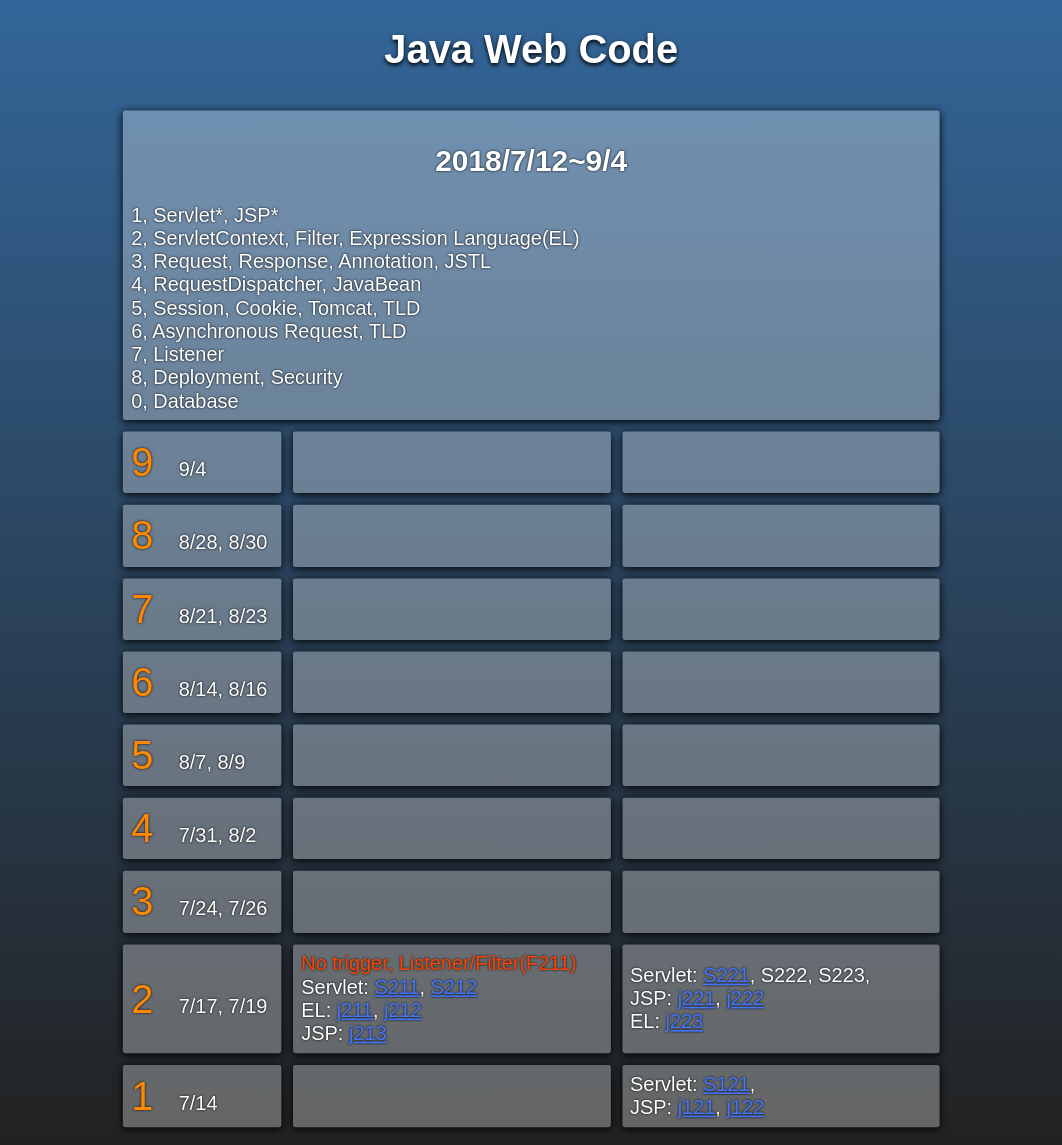
Repository: anxhuang/Java_Web
Page: http://localhost/code/
An editor plug-in stored every save of this project. The page is shown before and after the next save, followed by the edit.
The browser window is 1280 px wide. The pictures show the whole page, at 83% of full size.
The page is served by Tomcat 9. Other server files are loaded and not shown.

Above is the page before, as saved 2018-07-24 10:23:23.

### code/WebContent/index.html
<!DOCTYPE html>
<html>
<head>
<meta charset="BIG5">
<title>Insert title here</title>
<style>
	body{
		font-size: 0.25in;
		font-family: Arial;
		background: linear-gradient(#369, #222);;
		/*background-image: url("https://fsa.zobj.net/crop.php?r=ao88GxCisk4oY2NINS9REEtIWhpZOc22-qItDMLD3PM32O_JkS6wNJkg6nyYIREcmC0vWqaqI6LJaUOxd-WXbPJcJwdQ8BFboZ63vqok2a4Dr1BmLINjzf1ENB44EzZlDTbMtV754atZi7iy");*/
		/*background-size: cover;*/
	}
	h1{
		color: #FFF;
		text-shadow: 0px 2px 5px #000;
		text-align: center;
	}
	h2{
		text-align: center;
	}
	orange{
		color: #F80;
		font-size: 0.5in;
		margin-right: 0.25in;
	}
	table{
		width: 80%;
		margin: 0 auto;
		border-spacing: 0.15in;
	}
	td{
		color: #FFF;
		text-shadow: 0px 0px 3px #000;
		padding: 0.1in;
		background: rgba(255,255,255,0.30);
		box-shadow: 0px 2px 10px #000;
		border-radius: 3px;
	}
	td:first-child{
		width: 20%;
	}
	td:nth-child(2){
		width: 40%;
	}
	td:nth-child(3){
		width: 40%;
	}
	a:link		{color: #47F;}
	a:visited	{color: #47F;}
</style>
</head>
<body>

	<h1>Java Web Code</h1>

	<table>
		<tbody>
			<tr>
				<td colspan="3">
					<h2>2018/7/12~9/4</h2>
					1, Servlet*, JSP*<br>
					2, ServletContext, Filter, Expression Language(EL)<br>
					3, Request, Response, Annotation, JSTL<br>
					4, RequestDispatcher, JavaBean<br>
					5, Session, Cookie, Tomcat, TLD<br>
					6, Asynchronous Request, TLD<br>
					7, Listener<br>
					8, Deployment, Security<br>
					0, Database
				</td>
			</tr>
			<tr>
				<td><orange>9</orange> 9/4</td>
				<td></td>
				<td></td>
			</tr>
			<tr>
				<td><orange>8</orange> 8/28, 8/30</td>
				<td></td>
				<td></td>
			</tr>
			<tr>
				<td><orange>7</orange> 8/21, 8/23</td>
				<td></td>
				<td></td>
			</tr>
			<tr>
				<td><orange>6</orange> 8/14, 8/16</td>
				<td></td>
				<td></td>
			</tr>
			<tr>
				<td><orange>5</orange> 8/7, 8/9</td>
				<td></td>
				<td></td>
			</tr>
			<tr>
				<td><orange>4</orange> 7/31, 8/2</td>
				<td></td>
				<td></td>
			</tr>
			<tr>
				<td><orange>3</orange> 7/24, 7/26</td>
				<td></td>
				<td></td>
			</tr>
			<tr>
				<td><orange>2</orange> 7/17, 7/19</td>
				<td>
					<font color="#F40">No trigger, Listener/Filter(F211)</font>
					<br>
					Servlet:
					<a href="S211">S211</a>,
					<a href="S212">S212</a>
					<br>
					EL:
					<a href="j211.jsp">j211</a>,
					<a href="j212.jsp">j212</a>
					<br>
					JSP:
					<a href="j213.jsp">j213</a>
				</td>
				<td>
					Servlet:
					<a href="S221">S221</a>,
					S222,
					S223,
					<br>
					JSP:
					<a href="j221.jsp">j221</a>,
					<a href="j222.jsp">j222</a>
					<br>
					EL:
					<a href="j223.jsp">j223</a>
				</td>
			</tr>
			<tr>
				<td><orange>1</orange> 7/14</td>
				<td></td>
				<td>
					Servlet:
					<a href="S121">S121</a>,
					<br>
					JSP:
					<a href="j121.jsp">j121</a>,
					<a href="j122.jsp">j122</a>
				</td>
			</tr>
		</tbody>
	</table>
</body>
</html>

After the next save:
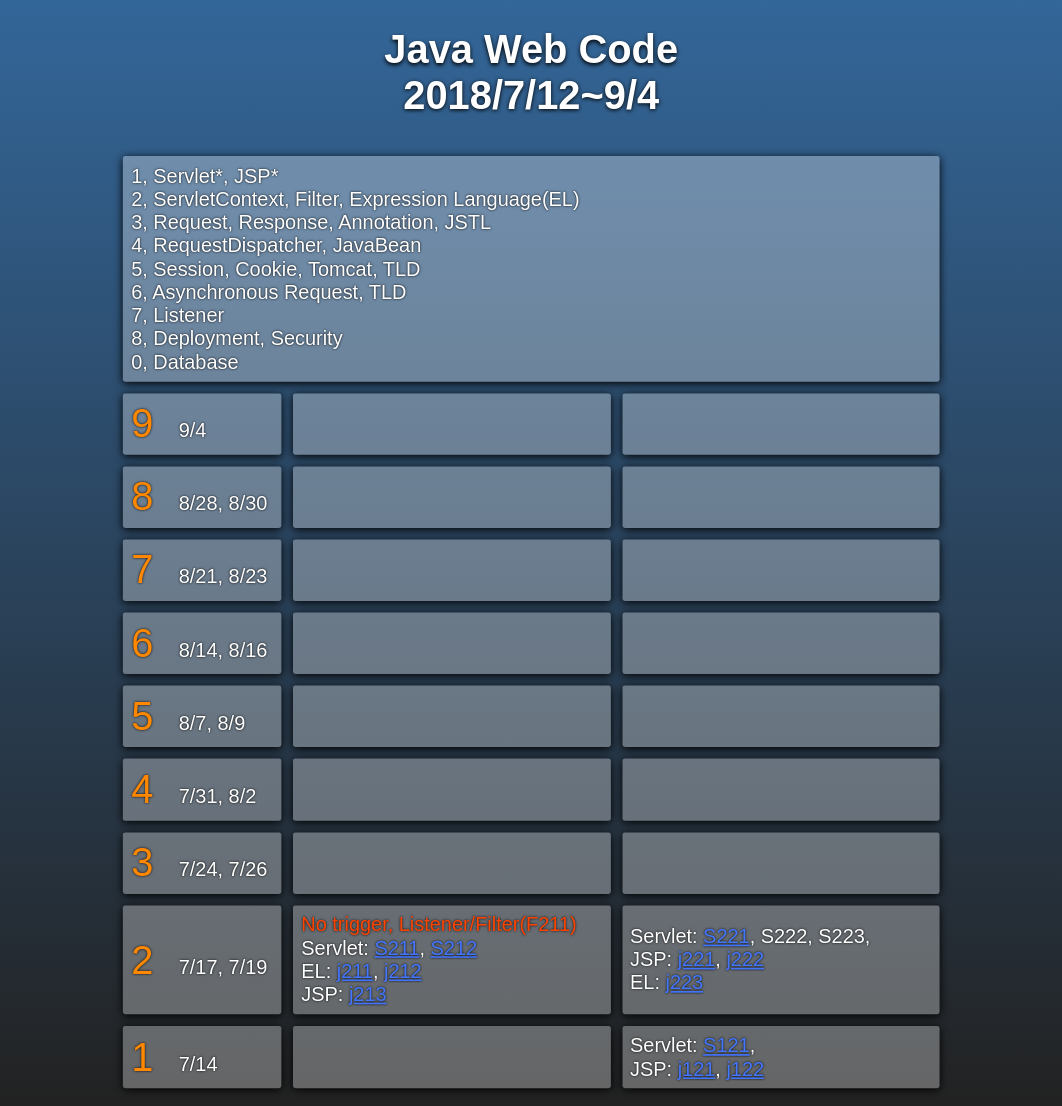
Saved 22 s later.
--- a/code/WebContent/index.html
+++ b/code/WebContent/index.html
@@ -52,13 +52,12 @@
 </head>
 <body>
 
-	<h1>Java Web Code</h1>
+	<h1>Java Web Code<br>2018/7/12~9/4</h1>
 
 	<table>
 		<tbody>
 			<tr>
 				<td colspan="3">
-					<h2>2018/7/12~9/4</h2>
 					1, Servlet*, JSP*<br>
 					2, ServletContext, Filter, Expression Language(EL)<br>
 					3, Request, Response, Annotation, JSTL<br>
